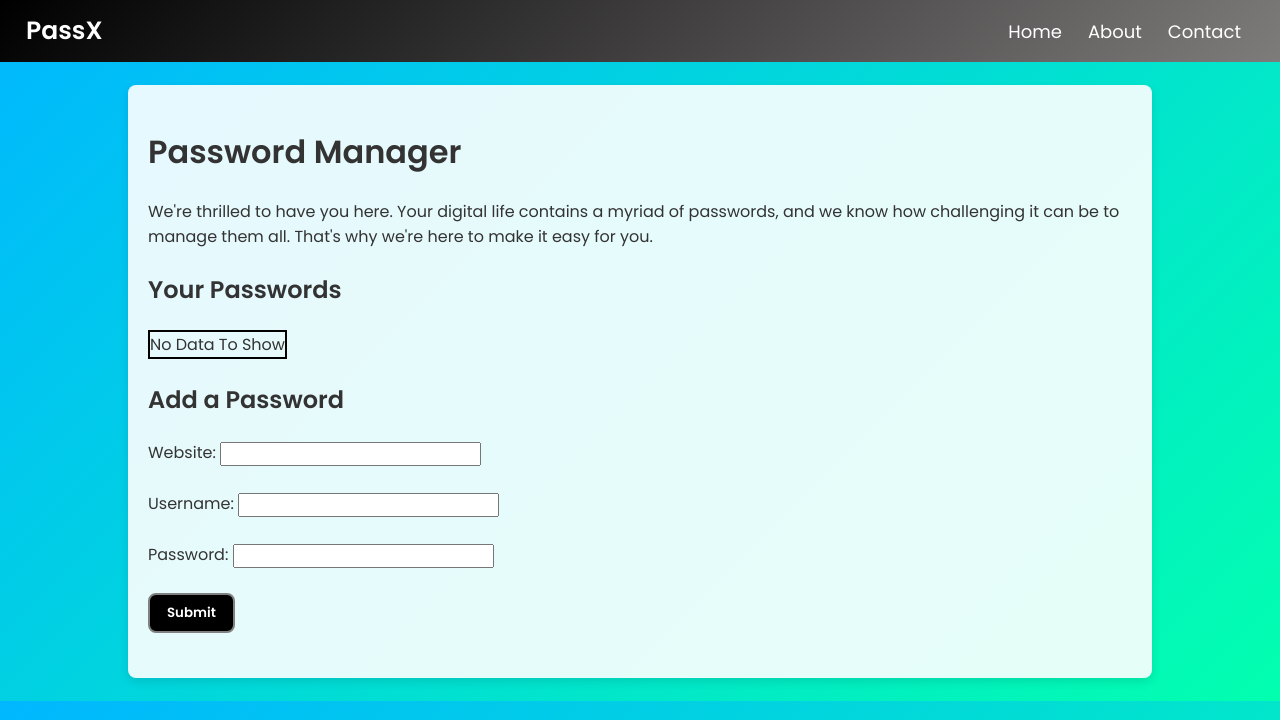
Repository: Abhi2807ar/PASSWORD-MANAGER
Page: index.html
These files come from the project's save history. The page is drawn as it stood at one moment and after a run of saves; the edit follows.
The browser window is 1280 px wide. The pictures show the whole page.

Above is the page before, as saved 2024-10-14 19:11:20.

### index.html

<!DOCTYPE html>
<html lang="en">

<head>
    <meta charset="UTF-8">
    <meta name="viewport" content="width=device-width, initial-scale=1.0">
    <title>PassX - Your Personal Password Manager</title>
    <link rel="stylesheet" href="style.css">
</head>

<body>
    <nav>
        <div class="logo">PassX</div>
        <ul>
            <li>Home</li>
            <li>About</li>
            <li>Contact</li>
        </ul>
    </nav>
    <div class="container">
        <h1>Password Manager</h1>
        <p>We're thrilled to have you here. Your digital life contains a myriad of passwords, and we know how
            challenging it can be to manage them all. That's why we're here to make it easy for you.</p>
        <h2>Your Passwords <span id="alert">(Copied!)</span></h2>
        <table>
            <tr>
                <th>Website</th>
                <th>Username</th>
                <th>Password</th>
                <th>Delete</th>
            </tr>

        </table>

        <h2>Add a Password</h2>
        <form action="/submit" method="post">

            <!-- Text input for website -->
            <label for="website">Website:</label>
            <input type="text" id="website" name="website" required>
            <br><br>

            <!-- Text input for username -->
            <label for="username">Username:</label>
            <input type="text" id="username" name="username" required>
            <br><br>

            <!-- Password input -->
            <label for="password">Password:</label>
            <input type="password" id="password" name="password" required>
            <br>
            <!-- Submit button -->
            <button class="btn" type="submit">Submit</button>
        </form>
    </div>
    <script src="script.js"></script>
</body>

</html>

### style.css
@import url('https://fonts.googleapis.com/css2?family=Noto+Sans:ital,wght@0,700;1,300&family=Poppins:wght@300;400;600&display=swap');

* {
    margin: 0;
    padding: 0;
    font-family: 'Noto Sans', sans-serif;
    font-family: 'Poppins', sans-serif;
    box-sizing: border-box;
}

/* Gradient background for the body */
body {
    background: linear-gradient(135deg, #00b7ff, #02ffaf);
    color: #333;
}

nav {
    background: linear-gradient(135deg, #000000, #7e7b7b); /* Dark gradient for nav */
    color: white;
    padding: 12px 3px;
    display: flex;
    justify-content: space-between;
}

.logo {
    margin: 0 23px;
    font-weight: 800;
    font-size: 25px;
    cursor: pointer;
}

ul {
    display: flex;
    margin: 0 23px;
    align-items: center;
}

ul > li {
    list-style: none;
    margin: 0 13px;
    cursor: pointer;
    font-size: 18px;
    transition: color 0.3s ease;
}

ul > li:hover {
    color: #ff5722; /* Vibrant hover color */
}

table, td, tr {
    border: 2px solid black;
    border-collapse: collapse;
    padding: 5px 13px;
}

.container {
    max-width: 80vw;
    margin: 23px auto;
    background: rgba(255, 255, 255, 0.9);
    padding: 20px;
    border-radius: 8px;
    box-shadow: 0 4px 10px rgba(0, 0, 0, 0.1);
}

h1, h2, h3 {
    margin: 23px 0;
}

.btn {
    padding: 8px 17px;
    background: black;
    color: white;
    font-weight: 900;
    border: 2px solid gray;
    border-radius: 8px;
    margin: 25px 0;
    cursor: pointer;
    transition: background 0.3s ease, border-color 0.3s ease, transform 0.3s ease;
}

.btn:hover {
    background: #ff5722; /* Vibrant hover color */
    border-color: #ff9800;
    transform: translateY(-2px); /* Lift effect */
}

.btnsm {
    padding: 8px 17px;
    background: black;
    color: white;
    font-weight: 900;
    border: 2px solid gray;
    border-radius: 8px;
    cursor: pointer;
    transition: background 0.3s ease, border-color 0.3s ease, transform 0.3s ease;
}

.btnsm:hover {
    background: #ff5722;
    border-color: #ff9800;
    transform: translateY(-2px); /* Lift effect */
}

img {
    cursor: pointer;
    position: relative;
    bottom: 7px;
    width: 15px;
    height: 13px;
    transition: transform 0.3s ease;
}

img:hover {
    transform: rotate(10deg); /* Slight rotate effect on hover */
}

#alert {
    display: none;
}

### script.js
function maskPassword(pass){
    let str = ""
    for (let index = 0; index < pass.length; index++) {
        str  += "*"
    }
    return str
}

function copyText(txt) {
    navigator.clipboard.writeText(txt).then(
        () => {
          /* clipboard successfully set */
          document.getElementById("alert").style.display = "inline"
          setTimeout(() => {
            document.getElementById("alert").style.display = "none"
          }, 2000);

        },
        () => {
          /* clipboard write failed */
          alert("Clipboard copying failed")
        },
      );
  }

const deletePassword = (website)=>{
    let data = localStorage.getItem("passwords")
    let arr = JSON.parse(data);
    arrUpdated = arr.filter((e)=>{
        return e.website != website
    })
    localStorage.setItem("passwords", JSON.stringify(arrUpdated))
    alert(`Successfully deleted ${website}'s password`)
    showPasswords()

}

// Logic to fill the table
const showPasswords = () => {
    let tb = document.querySelector("table")
    let data = localStorage.getItem("passwords")
    if (data == null || JSON.parse(data).length == 0) {
        tb.innerHTML = "No Data To Show"
    }
    else {
        tb.innerHTML =  `<tr>
        <th>Website</th>
        <th>Username</th>
        <th>Password</th>
        <th>Delete</th>
    </tr> `
        let arr = JSON.parse(data);
        let str = ""
        for (let index = 0; index < arr.length; index++) {
            const element = arr[index];

            str += `<tr>
    <td>${element.website} <img onclick="copyText('${element.website}')" src="./copy.svg" alt="Copy Button" width="10" width="10" height="10">
    </td>
    <td>${element.username} <img onclick="copyText('${element.username}')" src="./copy.svg" alt="Copy Button" width="10" width="10" height="10">
    </td>
    <td>${maskPassword(element.password)} <img onclick="copyText('${element.password}')" src="./copy.svg" alt="Copy Button" width="10" width="10" height="10">
    </td>
    <td><button class="btnsm" onclick="deletePassword('${element.website}')">Delete</button></td>
        </tr>`
        }
        tb.innerHTML = tb.innerHTML + str

    }
    website.value = ""
    username.value = ""
    password.value = ""
}

console.log("Working");
showPasswords()
document.querySelector(".btn").addEventListener("click", (e) => {
    e.preventDefault()
    console.log("Clicked....")
    console.log(username.value, password.value)
    let passwords = localStorage.getItem("passwords")
    console.log(passwords)
    if (passwords == null) {
        let json = []
        json.push({website: website.value, username: username.value, password: password.value })
        alert("Password Saved");
        localStorage.setItem("passwords", JSON.stringify(json))
    }
    else {
        let json = JSON.parse(localStorage.getItem("passwords"))
        json.push({ website: website.value, username: username.value, password: password.value })
        alert("Password Saved");
        localStorage.setItem("passwords", JSON.stringify(json))
    }
    showPasswords()
})

After the next 4 saves:
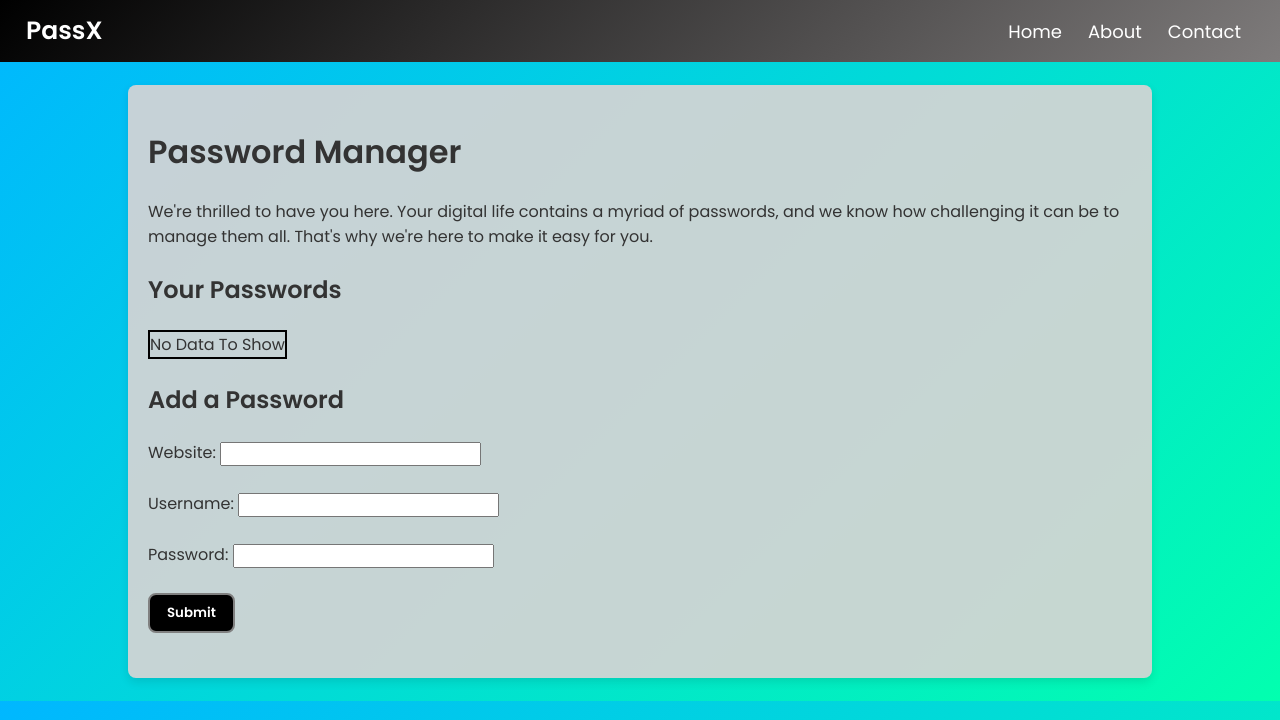
The 4 saves are shown as one change because they came seconds apart.
The last was saved 72 s later.
--- a/style.css
+++ b/style.css
@@ -56,7 +56,7 @@
 .container {
     max-width: 80vw;
     margin: 23px auto;
-    background: rgba(255, 255, 255, 0.9);
+    background: rgba(220, 212, 212, 0.9);
     padding: 20px;
     border-radius: 8px;
     box-shadow: 0 4px 10px rgba(0, 0, 0, 0.1);

After the 5 saves that followed:
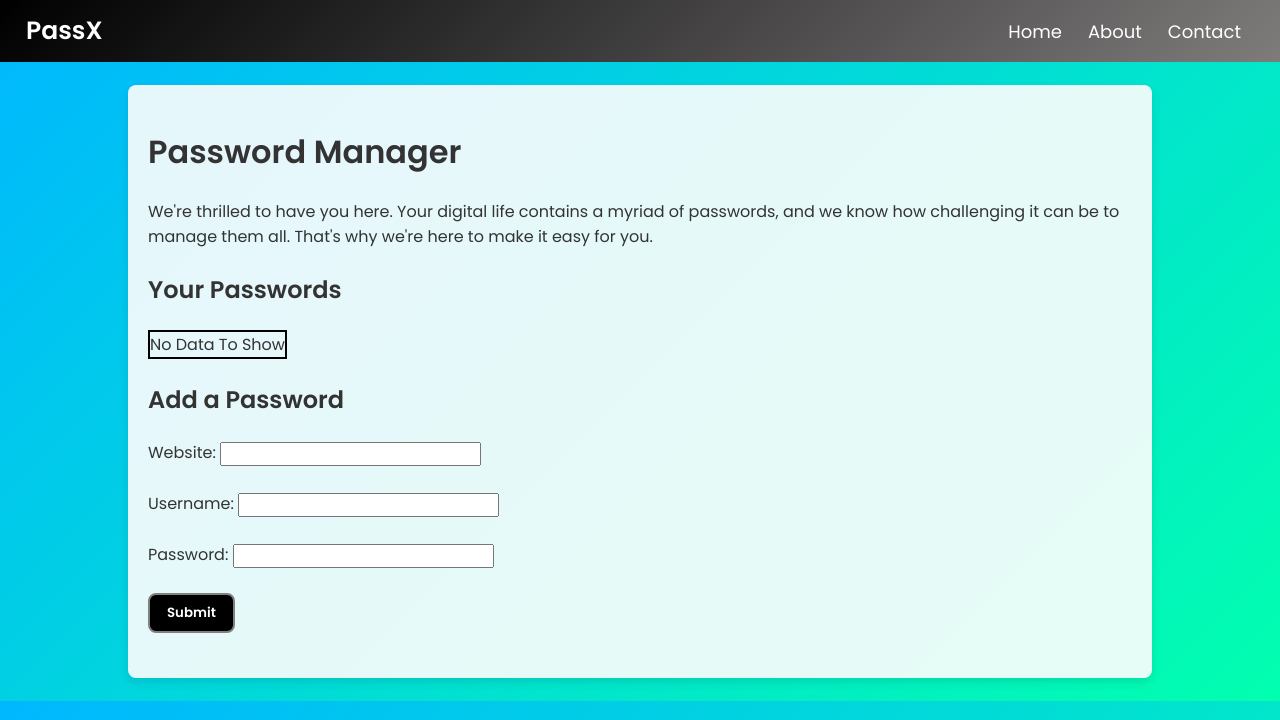
The 5 saves are shown as one change because they came seconds apart.
The last was saved 22 s later.
--- a/style.css
+++ b/style.css
@@ -56,7 +56,7 @@
 .container {
     max-width: 80vw;
     margin: 23px auto;
-    background: rgba(220, 212, 212, 0.9);
+    background: rgba(255, 253, 253, 0.9);
     padding: 20px;
     border-radius: 8px;
     box-shadow: 0 4px 10px rgba(0, 0, 0, 0.1);
